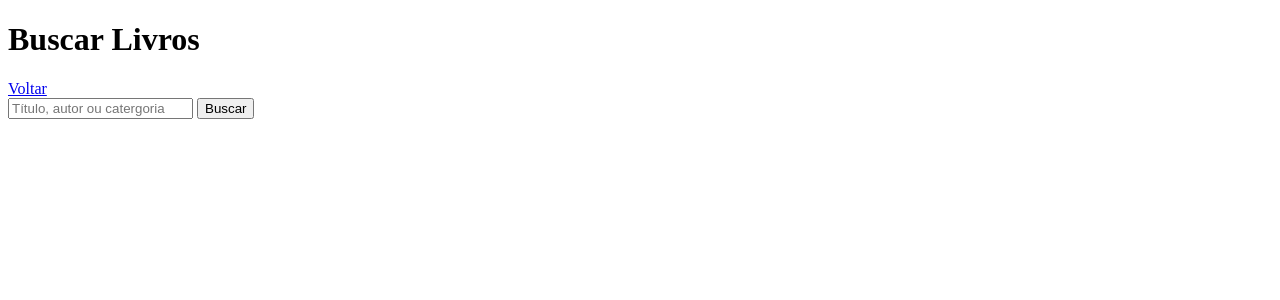
Repository: melloeduarda/html
Page: buscar.html
The author's editor kept a copy of each file at every save. The page is drawn from the files as they stood at one save, then again after a run of saves.
The browser window is 1280 px wide. The pictures show the whole page.

Above is the page before, as saved 2026-10-28 16:01:43.

After the next 8 saves:
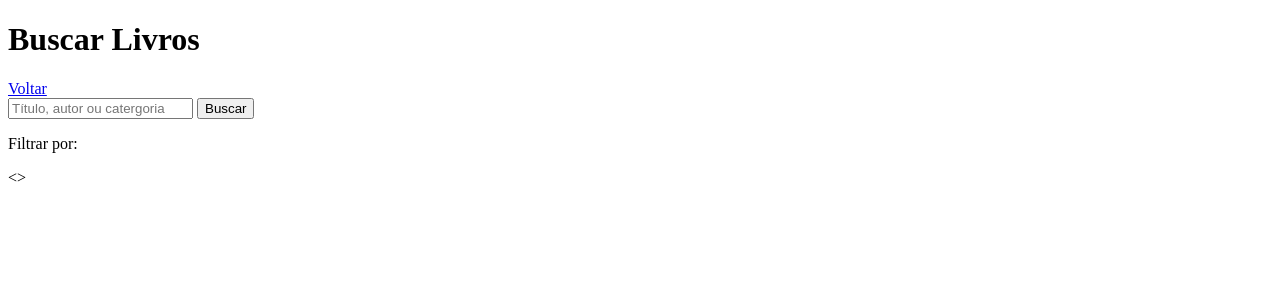
The 8 saves are shown as one change because they came seconds apart.
The last was saved 21 s later.
--- a/buscar.html
+++ b/buscar.html
@@ -16,6 +16,7 @@
             <button type="submit">Buscar</button>
         <form>
 
-            <p>
+            <p>Filtrar por:</p>
+            <>
 </body>
 </html>
